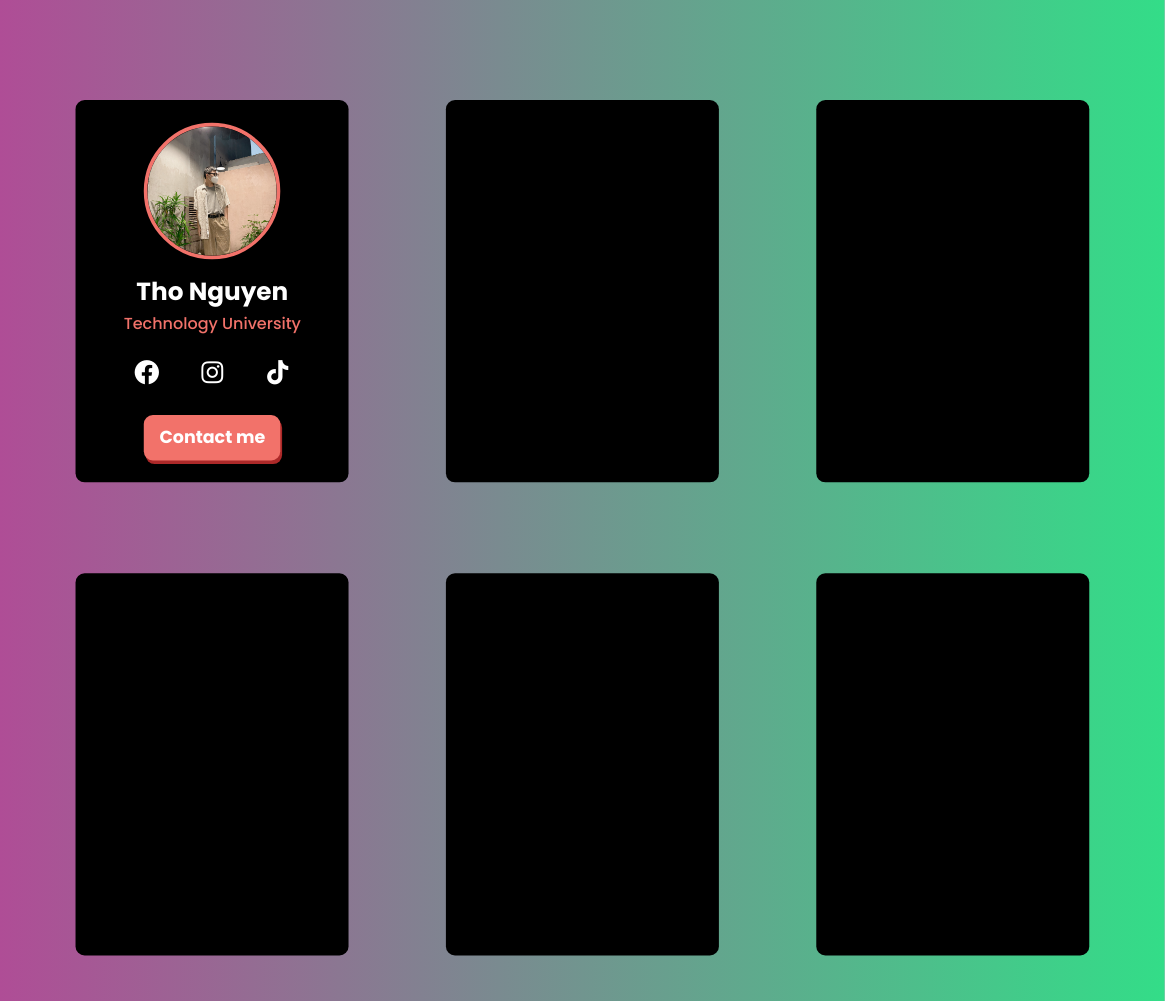
Repository: lausamtuong/profileCard
Page: index.html
These files come from the project's save history. The page is drawn as it stood at one moment and after a run of saves; the edit follows.
The browser window is 1280 px wide. The pictures show the whole page, at 91% of full size.
The style sheet was rebuilt from its Sass, Less or Tailwind sources for each picture, by a compiler version that may differ from the author's.

Above is the page before, as saved 2021-12-14 18:23:39.

After the next 3 saves:
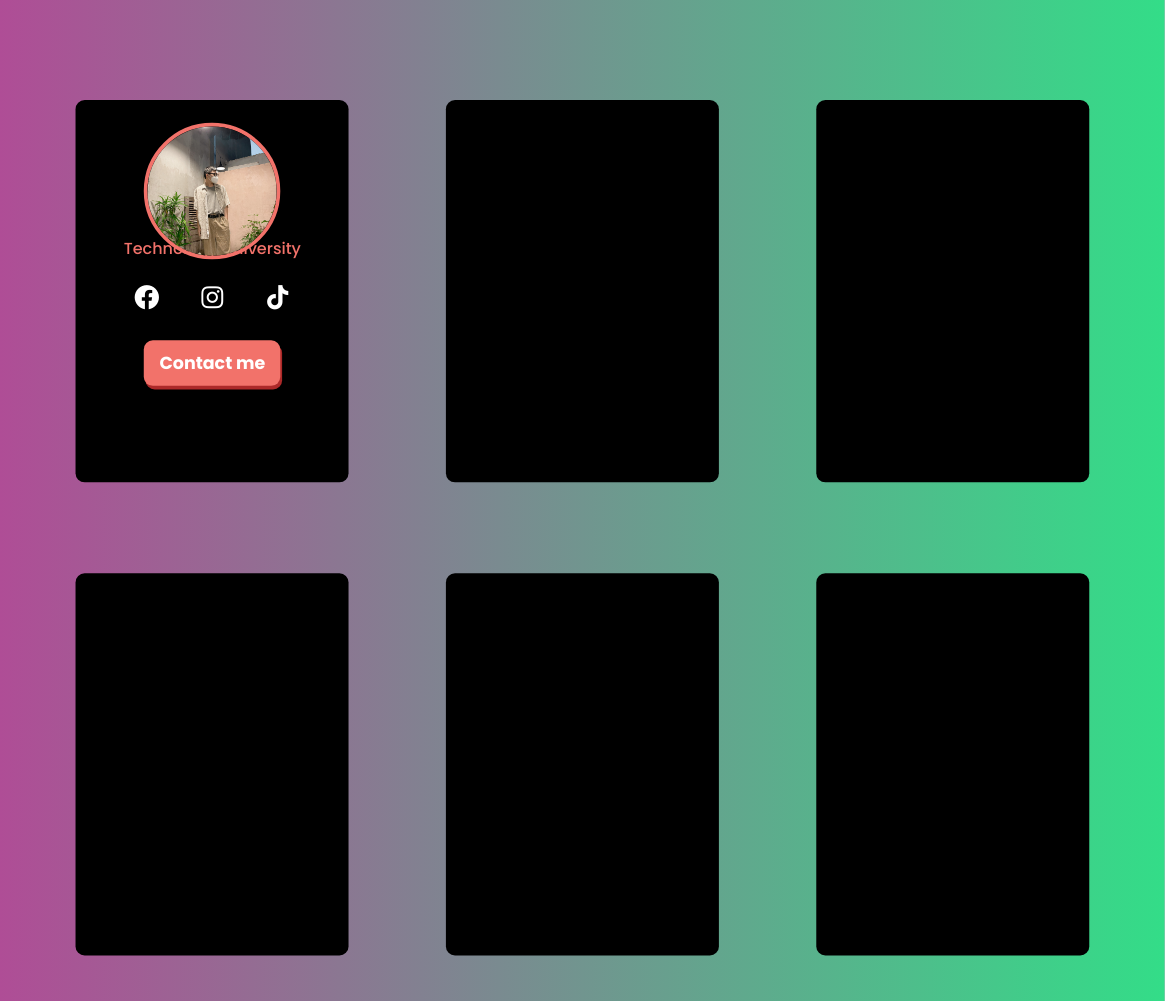
The 3 saves are shown as one change because they came seconds apart.
The last was saved 11 s later.
--- a/style.scss
+++ b/style.scss
@@ -107,7 +107,7 @@
         object-position: center;
     }
 
-.card__image:hover ~ .card__school{
+.card__image:hover ~ .card__school, .card__name{
     display:none;
 
 }

After the save that followed:
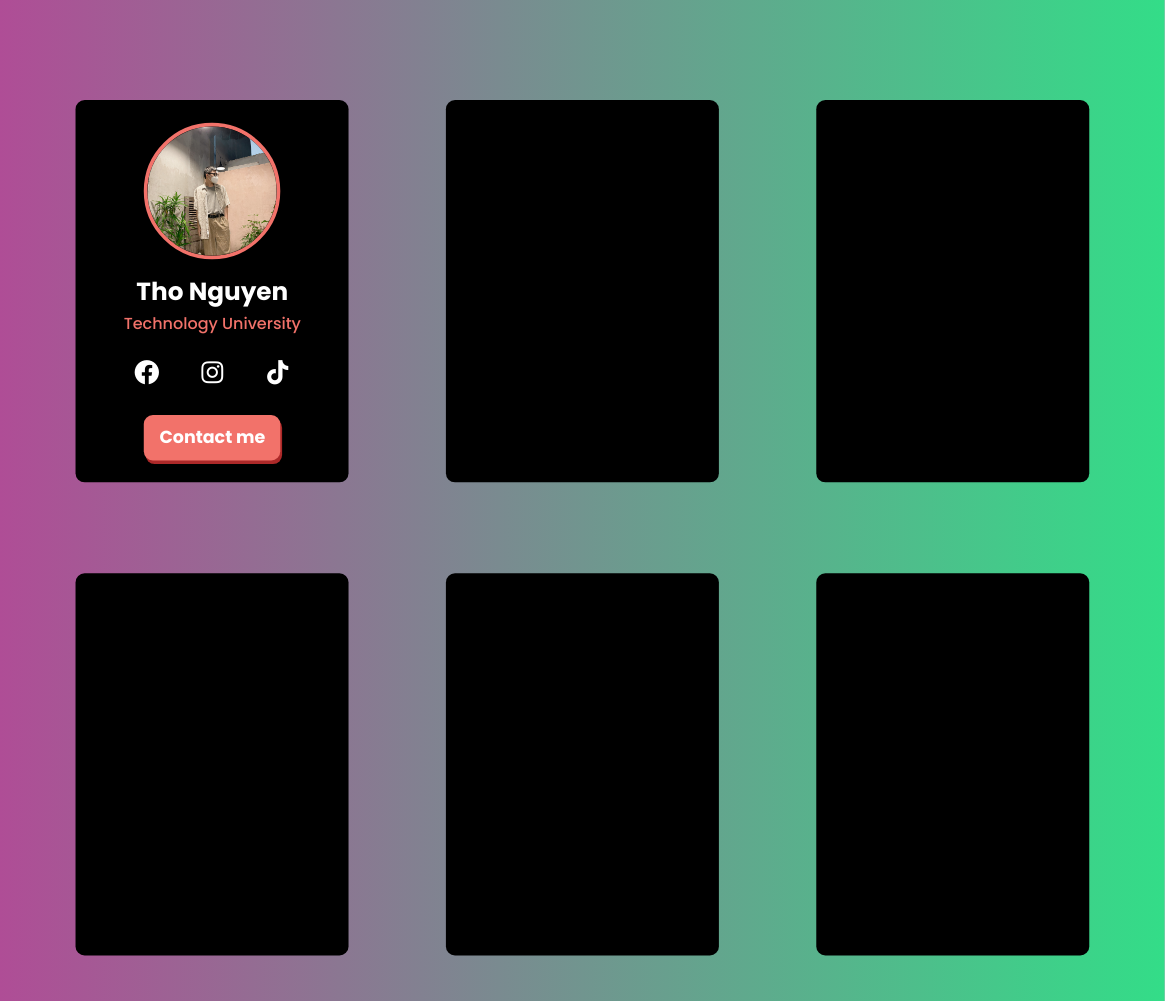
Saved 9 s later.
--- a/style.scss
+++ b/style.scss
@@ -107,7 +107,7 @@
         object-position: center;
     }
 
-.card__image:hover ~ .card__school, .card__name{
+.card__image:hover ~ .card__school, ~.card__name{
     display:none;
 
 }
